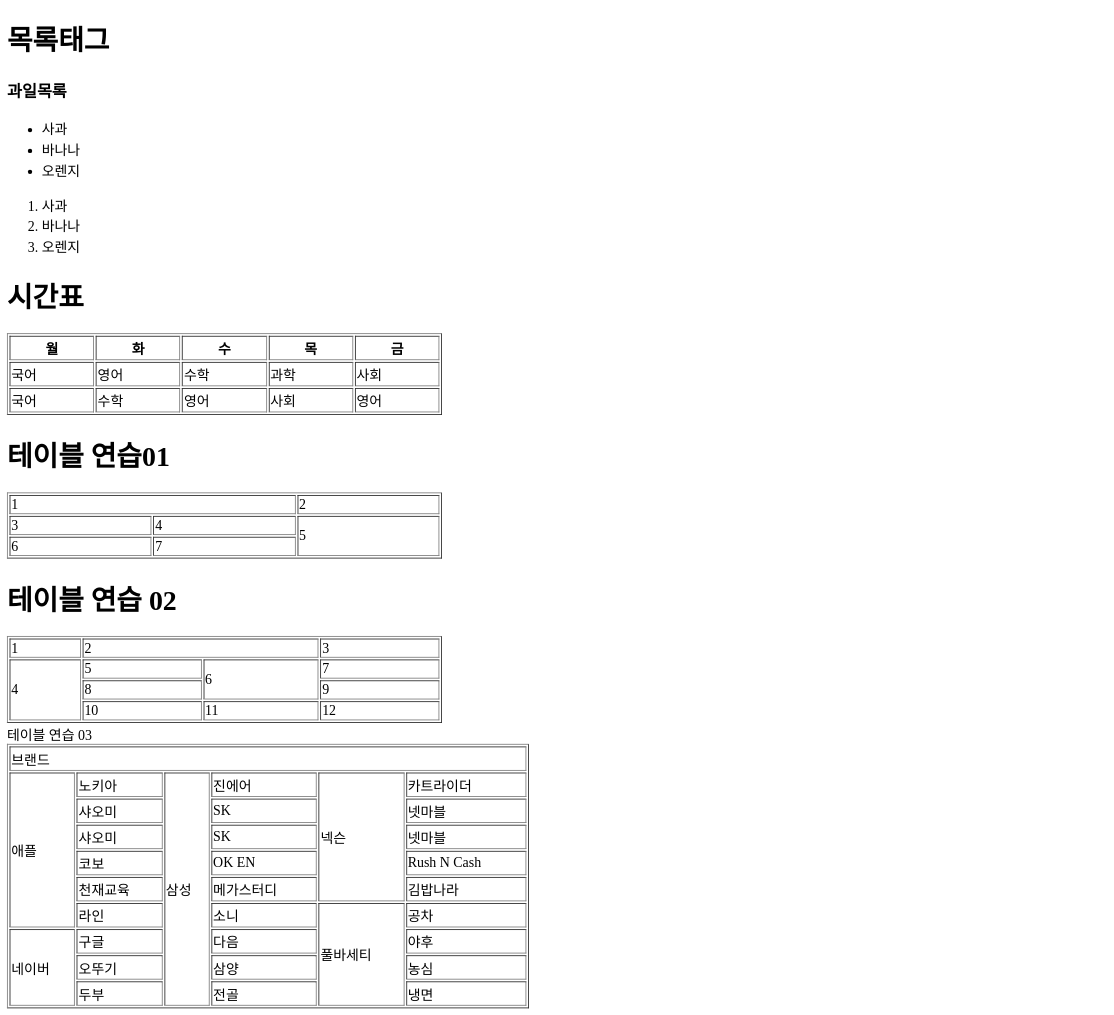
Repository: odasd/Ark-html
Page: 20200406/ex20200406/WebContent/ex04.html
The author's editor kept a copy of each file at every save. The page is drawn from the files as they stood at one save, then again after the next save.
The browser window is 1280 px wide. The pictures show the whole page, at 87% of full size.

Above is the page before, as saved 2020-04-06 05:34:42.

### 20200406/ex20200406/WebContent/ex04.html
<!DOCTYPE html>
<html>
<head>
<meta charset="UTF-8">
<title>연습4</title>
<style>#p1 {background:black;color:pink;text-align:center;}</style>
</head>
<body>
	<h1>목록태그</h1>
	<h3>과일목록</h3>
	<ul>
		<li>사과</li>
		<li>바나나</li>
		<li>오렌지</li>
	</ul>
	<ol>
		<li>사과</li>
		<li>바나나</li>
		<li>오렌지</li>
	</ol>

		<h1>시간표</h1>
		<table border =1 width=500> <!-- border는 선의 굵기 -->
			<tr>
				<th>월</th>  <!-- th는 타이틀 -->
				<th>화</th>
				<th>수</th>
				<th>목</th>
				<th>금</th>
			</tr>
			<tr>
				<td>국어</td>
				<td>영어</td>
				<td>수학</td>
				<td>과학</td>
				<td>사회</td>
			</tr>
			<tr>
				<td>국어</td>
				<td>수학</td>
				<td>영어</td>
				<td>사회</td>
				<td>영어</td>

			</tr>

		</table>
	<h1>테이블 연습01</h1>
	<table border=1 width=500>
		<tr>
			<td colspan=2>1</td>
			<td>2</td>
		</tr>
		<tr>
			<td>3</td>
			<td>4</td>
			<td rowspan=2>5</td>
		</tr>
		<tr>
			<td>6</td>
			<td>7</td>
		</tr>
	</table>
	<h1>테이블 연습 02</h1>
	<table border=1 width=500>
		<tr>
			<td>1</td>
			<td colspan=2>2</td>
			<td>3</td>
		</tr>
		<tr>
			<td rowspan=3>4</td>
			<td>5</td>
			<td rowspan=2>6</td>
			<td>7</td>
		</tr>
		<tr>
			<td>8</td>
			<td>9</td>
		</tr>
		<tr>
			<td>10</td>
			<td>11</td>
			<td>12</td>
		</tr>
	</table>

	<h1=#p1>테이블 연습 03</h1>
	<table border=1 width=600>
		<tr>
			<td colspan=6>브랜드</td>
		</tr>
		<tr>
			<td rowspan=6>애플</td>
			<td>노키아</td>
			<td rowspan=9>삼성</td>
			<td>진에어</td>
			<td rowspan=5>넥슨</td>
			<td>카트라이더</td>
		</tr>
		<tr>
			<td>샤오미</td>
			<td>SK</td>
			<td>넷마블</td>
		</tr>
		<tr>
			<td>샤오미</td>
			<td>SK</td>
			<td>넷마블</td>
		</tr>
		<tr>
			<td>코보</td>
			<td>OK EN</td>
			<td>Rush N Cash</td>
		</tr>
		<tr>
			<td>천재교육</td>
			<td>메가스터디</td>
			<td>김밥나라</td>
		</tr>
		<tr>
			<td>라인</td>
			<td>소니</td>
			<td rowspan=4>풀바세티</td>
			<td>공차</td>
		</tr>
		<tr>
			<td rowspan=3>네이버</td>
			<td>구글</td>
			<td>다음</td>
			<td>야후</td>
		</tr>
		<tr>
			<td>오뚜기</td>
			<td>삼양</td>
			<td>농심</td>
		</tr>
		<tr>
			<td>두부</td>
			<td>전골</td>
			<td>냉면</td>
		</tr>
		</table>
</body>
</html>

After the next save:
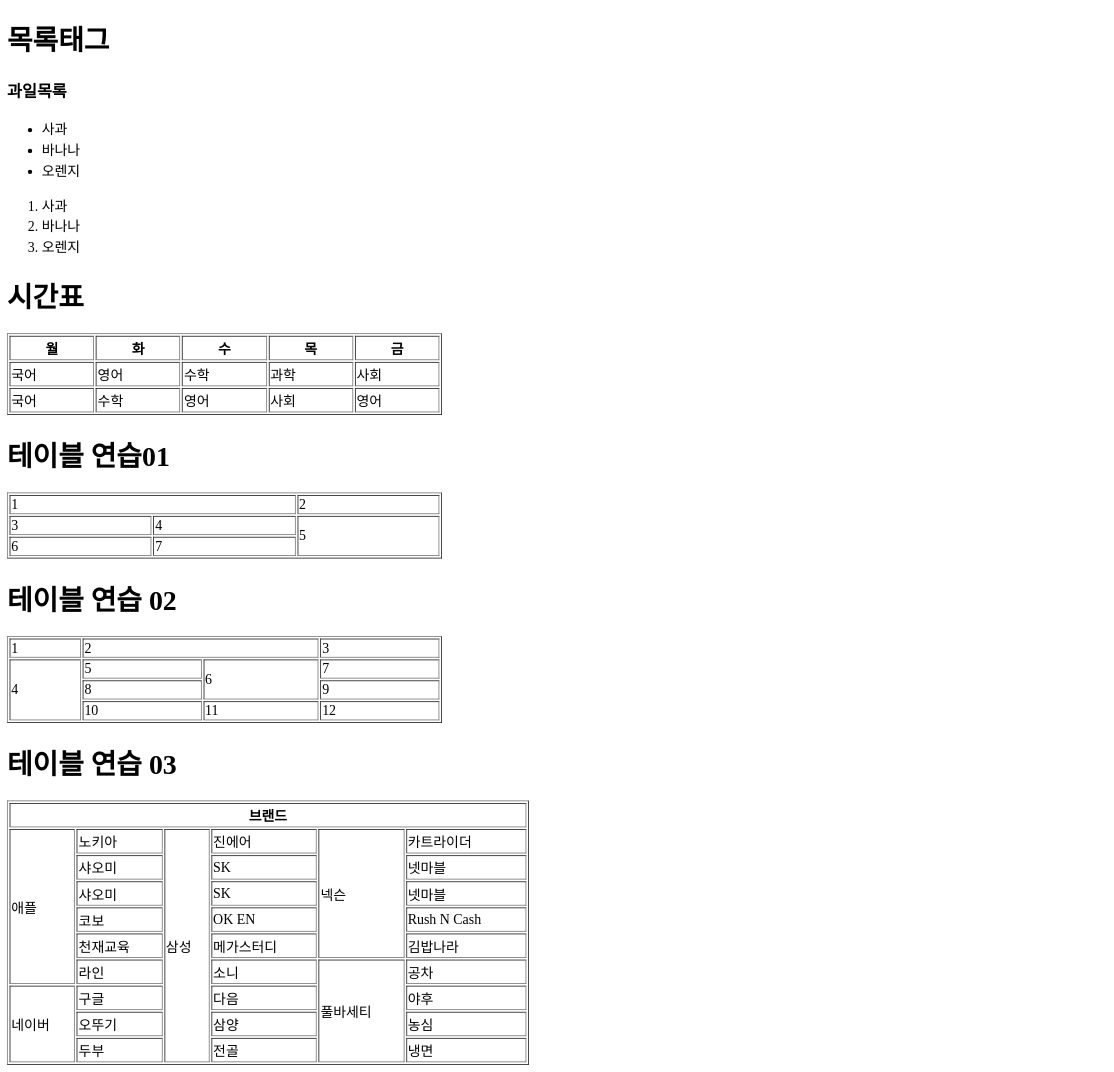
Saved 36 s later.
--- a/20200406/ex20200406/WebContent/ex04.html
+++ b/20200406/ex20200406/WebContent/ex04.html
@@ -85,10 +85,10 @@
 		</tr>
 	</table>
 
-	<h1=#p1>테이블 연습 03</h1>
+	<h1>테이블 연습 03</h1>
 	<table border=1 width=600>
 		<tr>
-			<td colspan=6>브랜드</td>
+			<th colspan=6>브랜드</th>
 		</tr>
 		<tr>
 			<td rowspan=6>애플</td>
